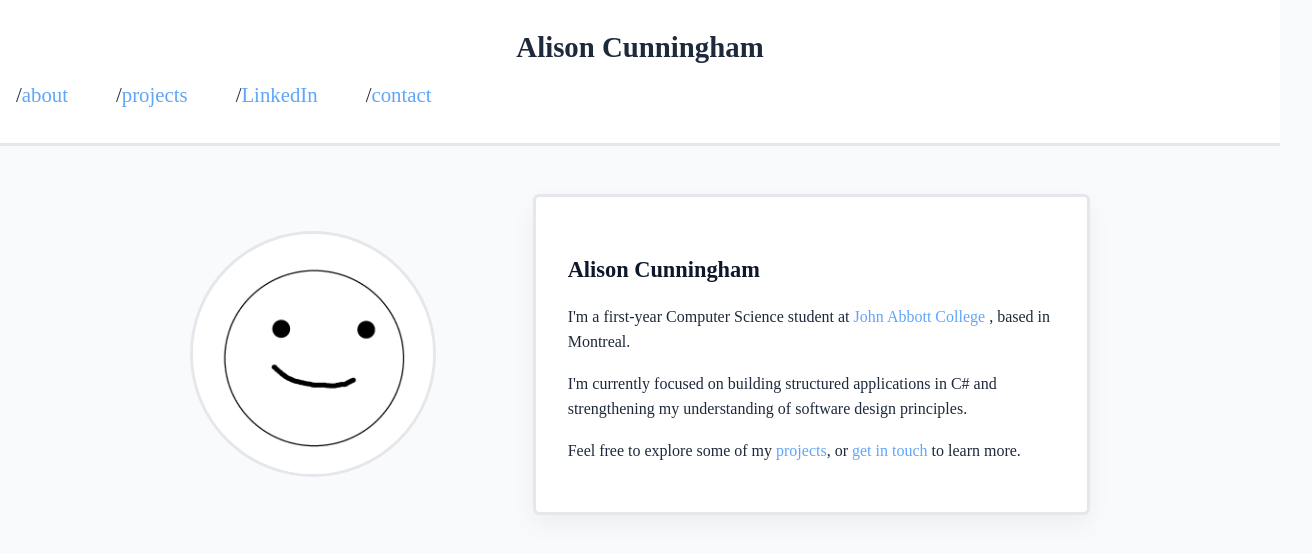
Repository: alison-cunningham/alison-cunningham
Page: index.html
An editor plug-in stored every save of this project. The page is shown before and after the next save, followed by the edit.
The browser window is 1280 px wide. The page is 1312 px wide, so the pictures cover 1312 px, including what lies to the right of the window. The pictures show the whole page.
Some web fonts or font styles are not loaded; a fallback is used.

Above is the page before, as saved 2026-04-22 14:49:47.

### index.html
<!DOCTYPE html>
<html lang="en">
<head>
    <meta charset="UTF-8" />
    <title>Alison Cunningham - Home Page</title>
    <meta name="viewport" content="width=device-width, initial-scale=1.0">
    <link rel="stylesheet" href="./styles/globals.css"/>
    <link rel="stylesheet" href="./styles/index.css" />
</head>

<body>
    <header>
        <h1>Alison Cunningham</h1>
        <div class="nav-bar">
            <a href="index.html">/<span class="hover-text">about</span></a>
            <a href="projects.html">/<span class="hover-text">projects</span></a>
            <a href="https://www.linkedin.com/in/alison-c-427578b5">/<span class="hover-text">LinkedIn</span></a>
            <a href="mailto:cunningham.alison.m@gmail.com">/<span class="hover-text">contact</span></a>
        </div>
    </header>

    <main>
        <img class="home-page-img" src="./assets/images/placeholder.jpg" alt="this is just a placeholder">

        <div class="about-me">
            <h3>Alison Cunningham</h3>
                <p>
        I'm a first-year Computer Science student at
        <a href="https://johnabbott.qc.ca/career-programs/computer-science-technology/" class="hover-text">
            John Abbott College
        </a>, based in Montreal.
    </p>

    <p>
        I'm currently focused on building structured applications in C# and strengthening my understanding of software design principles.
    </p>

    <p>
        Feel free to explore some of my <a href="projects.html" class="hover-text">projects</a>,
        or <a href="mailto:cunningham.alison.m@gmail.com" class="hover-text">get in touch</a> to learn more.
    </p>

        </div>


    </main>



</body>

</html>

### styles/globals.css
@font-face{
    font-family: 'Radio-Canada';
    src: url('../assets/fonts/Radio_Canada/RadioCanada-VariableFont_wdth\,wght.ttf')
}



body{
    font-family: 'Radio-Canada';

    background-color: #f8fafc;
    color: #1e293b;

    line-height: 1.6;
    font-size: 1rem;

    margin: 0;
}

a{
    text-decoration: none;
    color: inherit;
}

h3{
    font-size: 1.4rem;
    margin-bottom: 1rem;
    color: #0f172a;
}

### styles/index.css
header{
    width: 100%;
    padding: 1.5rem 0;

    background-color: #ffffff;
    border-bottom: .2rem solid #e5e7eb;

    display: flex;
    flex-direction: column;
    align-items: center;
    justify-content: center;

    font-size: 1.2rem;
}

header h1{
    font-size: 1.8rem;
    margin: 0;
}

.nav-bar{
    display: flex;
    gap: 3rem;

    width: 100%;
    overflow-x: auto;
    white-space:nowrap;
    justify-content: flex-start;

    padding: 0.5rem 1rem;
    margin-left: 2rem;

    font-size: 1.3rem;
}

.hover-text{
    color: #60a5fa;
    position: relative;
}

.hover-text:hover{
    color: #34d399;
}

.hover-text::after{
    content:"";
    position: absolute;
    left: 0;
    bottom: -2px;

    width: 0%;
    height: 2px;
    background: #34d399;
    transition: width 0.3s ease;

}

.hover-text:hover::after {
    width: 100%;
}

.home-page-img{
    display: block;
    width: 15rem;
    border: .2rem solid #e5e7eb;
    border-radius: 50%;

    transition: transform 0.3s ease;
}

.home-page-img:hover{
    transform: scale(1.03);
}

main{
    display: flex;
    flex-direction: column;

    align-items: center;
    justify-content: center;

    gap: 3rem;
    padding: 3rem 1.5rem;

    width: 100%;
    max-width: 900px;
    margin: 0 auto;
}

.about-me{

    padding: 2rem;
    background-color: #ffffff;

    border: .2rem solid #e5e7eb;
    border-radius: .4rem;

    box-shadow: 0 10px 25px rgba(0,0,0,0.05);
}

@media (max-width: 899px) {
    .about-me {
        text-align: center;
    }
}

@media (min-width: 900px) {
  main {
    display: grid;
    grid-template-columns: 1fr 2fr;
    align-items: center;
    gap: 4rem;
    width: 100%;
  }
}

After the next save:
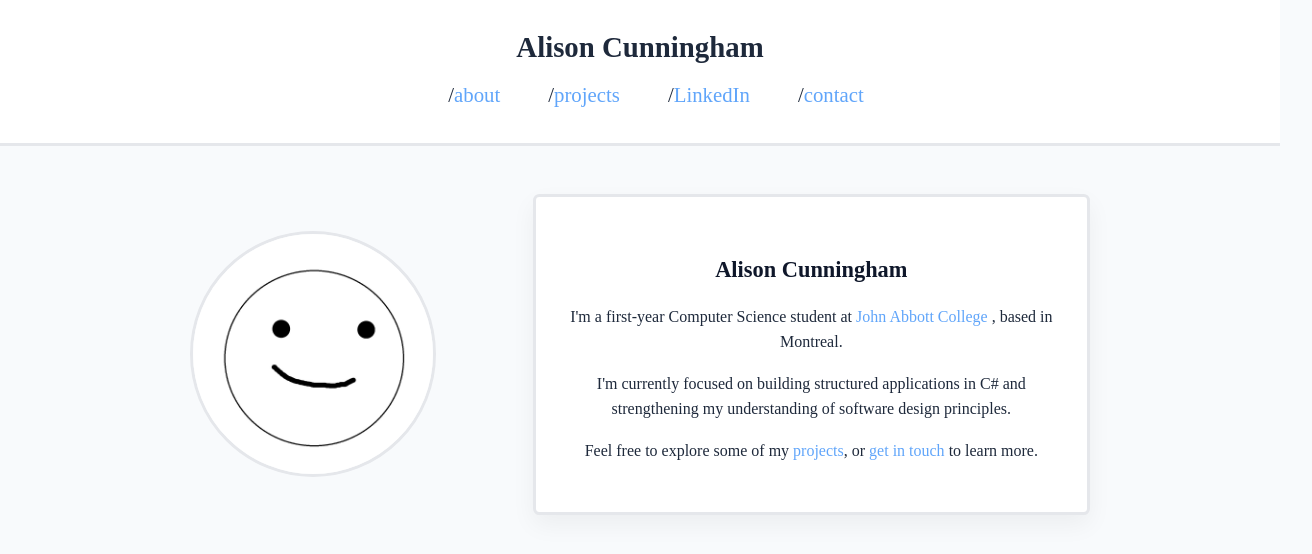
Saved 83 s later.
--- a/styles/index.css
+++ b/styles/index.css
@@ -98,11 +98,6 @@ main{
     box-shadow: 0 10px 25px rgba(0,0,0,0.05);
 }
 
-@media (max-width: 899px) {
-    .about-me {
-        text-align: center;
-    }
-}
 
 @media (min-width: 900px) {
   main {
@@ -112,4 +107,13 @@ main{
     gap: 4rem;
     width: 100%;
   }
+
+    .nav-bar {
+        justify-content: center;
+        overflow-x: visible;
+    }
+
+    .about-me {
+        text-align: center;
+    }
 }
